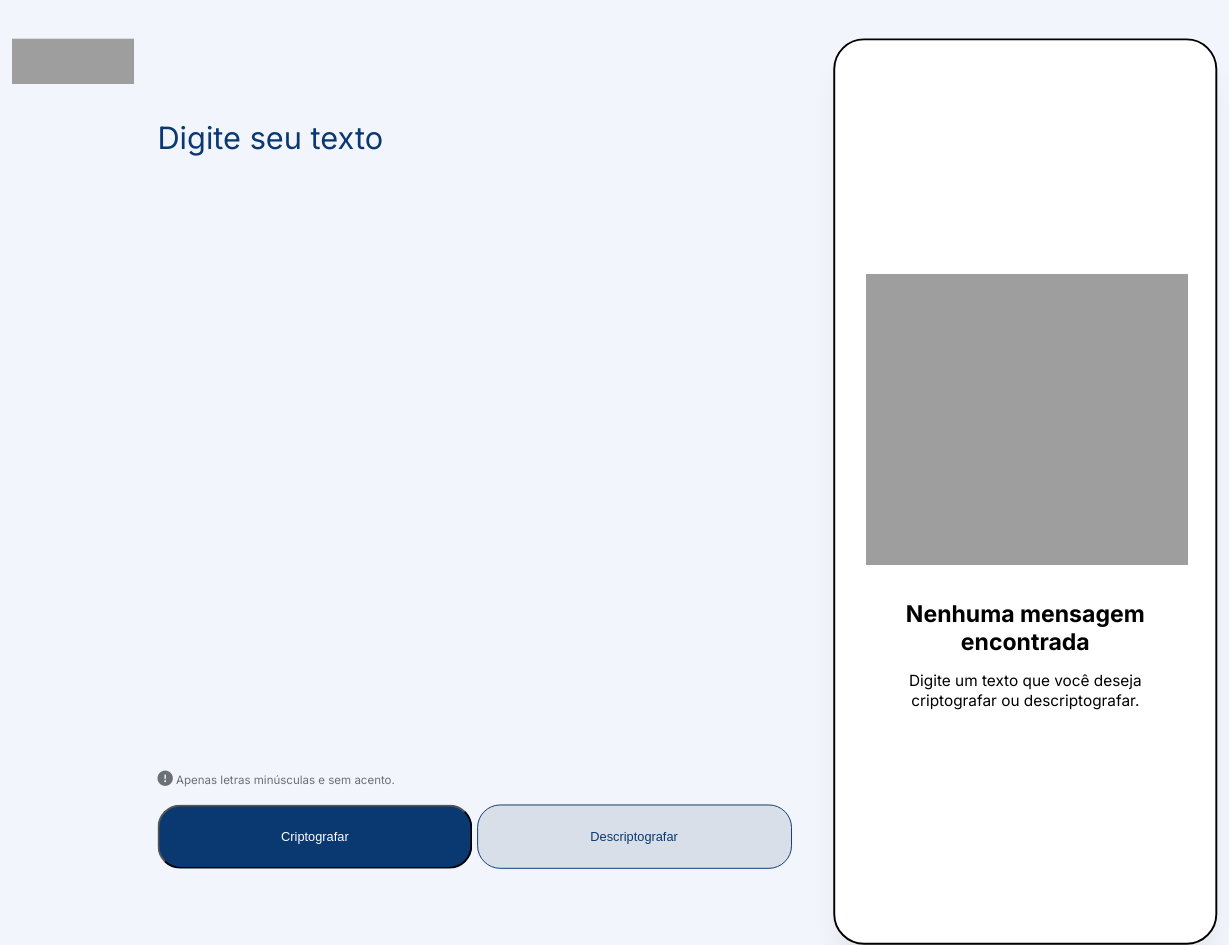
Repository: CarlosEduardoVdeOliveira/descodificador-de-texto
Page: index.html
The author's editor kept a copy of each file at every save. The page is drawn from the files as they stood at one save, then again after the next save.
The browser window is 1280 px wide. The pictures show the whole page, at 96% of full size.
The pointer rests on the first visible `.button-decryption`.
Pictures or frames that could not be fetched are drawn as grey boxes.

Above is the page before, as saved 2023-04-12 08:24:17.

### index.html
<!DOCTYPE html>
<html lang="en">
<head>
   <meta charset="UTF-8">
   <link rel="preconnect" href="https://fonts.googleapis.com">
   <link rel="preconnect" href="https://fonts.gstatic.com" crossorigin>
   <meta http-equiv="X-UA-Compatible" content="IE=edge">
   <meta name="viewport" content="width=device-width, initial-scale=1.0">
   <link href="https://fonts.googleapis.com/css2?family=Inter:wght@400;700&display=swap" rel="stylesheet">
   <link rel="stylesheet" href="https://cdnjs.cloudflare.com/ajax/libs/font-awesome/6.4.0/css/all.min.css" integrity="sha512-iecdLmaskl7CVkqkXNQ/ZH/XLlvWZOJyj7Yy7tcenmpD1ypASozpmT/E0iPtmFIB46ZmdtAc9eNBvH0H/ZpiBw==" crossorigin="anonymous" referrerpolicy="no-referrer" />
   <link rel="stylesheet" href="/public/styles/reset.css">
   <link rel="stylesheet" href="/public/styles/index.css">
   <title>Decodificador</title>
</head>
<body>
   <header>
   </header>
   <main>
      <img src="/public/images/imageLogo.png"
         alt="letra a da logo da escola de programação Alura">
      <div class="frist-area">
         <input placeholder="Digite seu texto" />
         <span>
            <i class="fa-solid fa-circle-exclamation"></i>
            Apenas letras minúsculas e sem acento.
         </span>
         <div>
            <button class="button-cryptography">Criptografar</button>
            <button class="button-decryption">Descriptografar</button>
         </div>
      </div>
      <div class="highlight">
         <img src="/public/images/imageHighLight.svg" alt="">
         <div>
            <h2>Nenhuma mensagem encontrada</h2>
            <p>
               Digite um texto que você deseja criptografar ou descriptografar.
            </p>
         </div>
      </div>
   </main>
</body>
</html>

### public/styles/reset.css
*{
   margin: 0;
   padding: 0;
   box-sizing: border-box;
}
body{
   font-family:  'Inter', sans-serif;
   font-size: 1rem;
}

### public/styles/index.css
:root{
   --light-gray: #D8DFE8;
   --gray-100: #CED4DA;
   --gray-200: #ADB5BD;
   --gray-300: #868E96;
   --gray-400: #495057;
   --gray-500: #343A40;
   --light-blue-100: #F3F5FC;
   --light-blue-200: #EFF1FA;
   --light-blue-300: #E9ECF8;
   --light-blue-400: #AAB2D5;
   --light-blue-500: #757FB2;
   --dark-blue-100: #609ED4;
   --dark-blue-200: #356EA9;
   --dark-blue-300: #0A3871;
   --dark-blue-400: #072B61;
   --dark-blue-500: #052051;
}
header{
   width: 100%;
   height: 2.5rem;
}
body{
   background-color: var(--light-blue-100);
}
img{
   width: 8rem;
   height: 3rem;
}
main {
   display: flex;
   justify-content: space-around;
   align-items: self-start;
   margin: 0 auto;
}
.frist-area{
   display: flex;
   flex-direction: column;
   position: relative;
   top: 80px;
}
input{
   width: 680px;
   height: 48px;
   font-family: 'Inter';
   font-size: 32px;
   line-height: 150%;
   background-color: var(--light-blue-100);
   color: var(--dark-blue-300);
   border: none;
   margin-bottom: 635px;
}
input:focus{
   outline: 0;
}

input::placeholder{
   color: var(--dark-blue-300);
}
i{
   color: var(--gray-400);
   font-size: 1rem;
}
span{
   font-size: 12px;
   color: var(--gray-400);
   line-height: 150%;
   opacity: 0.8;
   margin-bottom: 1rem;
}
button{
   padding: 24px;
   gap: 8px;
   width: 328px;
   height: 67px;
   border-radius: 24px;
   cursor: pointer;
}
.button-cryptography{
   background-color: var(--dark-blue-300);
   color: #FFFFFF;
   transition: all .2s;
}
.button-cryptography:hover{
   background-color: var(--dark-blue-400);
}
.button-decryption{
   background: var(--light-gray);
   color: var(--dark-blue-300);
   border: 1px solid var(--dark-blue-300);
}
.highlight{
   width: 25rem;
   padding: 15.188rem 2rem;
   text-align: center;
   background: #FFFFFF;
   /* shadow */
   box-shadow: 0px 24px 32px -8px rgba(0, 0, 0, 0.08);
   border-radius: 32px;
   border: 2px solid black;
}
.highlight div{
   display: flex;
   flex-direction: column;

   margin-top: 2rem;
   padding: 0px;
   gap: 16px;
}
.highlight img{
   width: 21rem;
   height: 19rem;
}

After the next save:
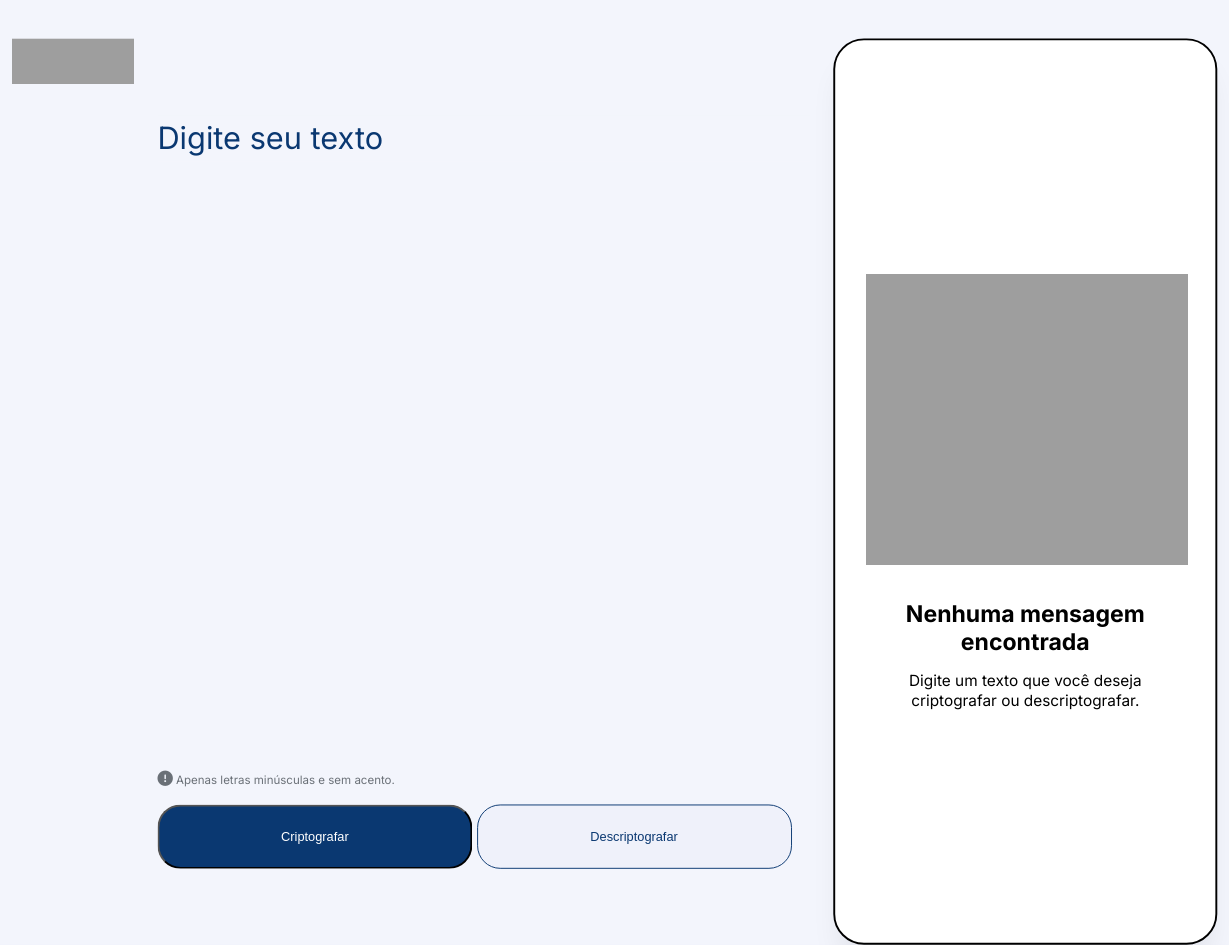
Saved 98 s later.
--- a/public/styles/index.css
+++ b/public/styles/index.css
@@ -89,6 +89,9 @@ button{
    color: var(--dark-blue-300);
    border: 1px solid var(--dark-blue-300);
 }
+.button-decryption:hover{
+   background-color: var(--light-blue-200);
+}
 .highlight{
    width: 25rem;
    padding: 15.188rem 2rem;
